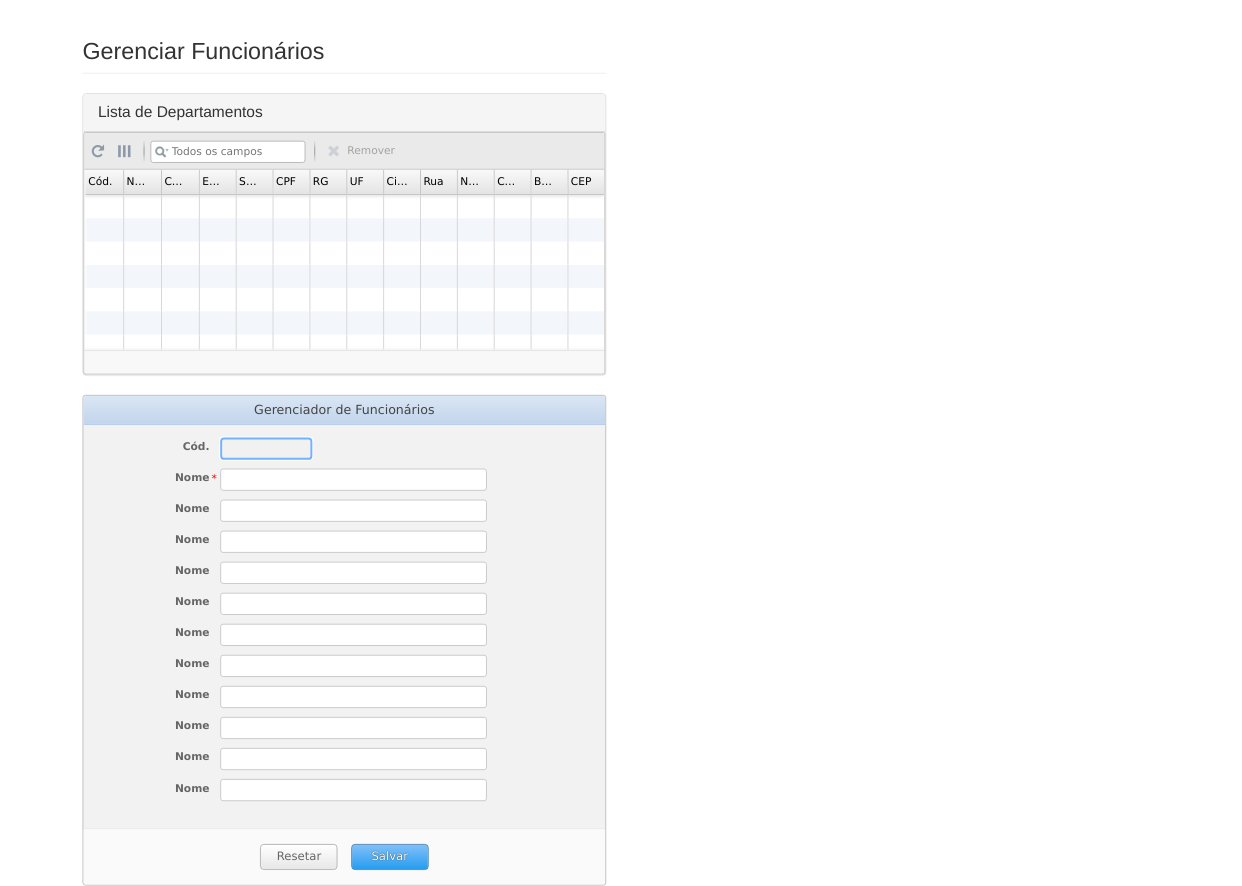
Repository: AlunoTADS/RH-INDO_AT-OA
Page: http://localhost/rhindo/gerente/pages/funcionario.jsp
The author's editor kept a copy of each file at every save. The page is drawn from the files as they stood at one save, then again after the next save.
The browser window is 1280 px wide. The pictures show the whole page, at 97% of full size.
The page is served by Tomcat 9. Other server files are loaded and not shown.

Above is the page before, as saved 2017-06-25 15:59:11.

### rhindo/src/main/webapp/gerente/pages/funcionario.jsp
<%@ page language="java" contentType="text/html; charset=ISO-8859-1"
    pageEncoding="ISO-8859-1"%>
<!DOCTYPE html>
<html>
<head>
	<meta http-equiv="Content-Type" content="text/html; charset=ISO-8859-1">
	<title>Gerenciar Funcionários</title>

	<!-- Bootstrap Core CSS -->
	<link rel="stylesheet" type="text/css" href="../../lib/bower_components/bootstrap/dist/css/bootstrap.min.css">
	<!-- w2ui CSS -->
	<link rel="stylesheet" type="text/css" href="../../lib/bower_components/w2ui/w2ui-1.5.rc1.min.css">

	<!-- jQuery -->
	<script type="text/javascript" src="../../lib/bower_components/jquery/dist/jquery.min.js"></script>
	<!-- Bootstrap Core JS -->
	<script type="text/javascript" src="../../lib/bower_components/bootstrap/dist/js/bootstrap.min.js"></script>
	<!-- w2ui JS -->
	<script type="text/javascript" src="../../lib/bower_components/w2ui/w2ui-1.5.rc1.min.js"></script>
	<script type="text/javascript">
		$(function(){

			w2utils.locale('../../lib/bower_components/w2ui/locale/pt-br.json');

			$('#grid').w2grid({
				name: 'grid',
				url: '',
				header: 'Funcionários',
				show: {
					toolbar: true,
					footer: true,
					toolbarAdd: false,
					toolbarDelete: true
				},
				sortData: [{ field: 'recid', direction: 'ASC' }],
				columns: [
					{ field: 'idfuncionario', caption: 'Cód.', size: '10%' },
					{ field: 'nome', caption: 'Nome', size: '10%' },
					{ field: 'celular', caption: 'Celular', size: '10%' },
					{ field: 'email', caption: 'Email', size: '10%' },
					{ field: 'senha', caption: 'Senha', size: '10%' },
					{ field: 'cpf', caption: 'CPF', size: '10%' },
					{ field: 'rg', caption: 'RG', size: '10%' },
					{ field: 'uf', caption: 'UF', size: '10%' },
					{ field: 'cidade', caption: 'Cidade', size: '10%' },
					{ field: 'rua', caption: 'Rua', size: '10%' },
					{ field: 'numero', caption: 'Número', size: '10%' },
					{ field: 'complemento', caption: 'Complemento', size: '10%' },
					{ field: 'bairro', caption: 'Bairro', size: '10%' },
					{ field: 'cep', caption: 'CEP', size: '10%' }
                ],
                onClick: function(event) {
                    var grid = this;
                    var form = w2ui.form;
                    event.onComplete = function () {
                        var sel = grid.getSelection();
                        if (sel.length == 1) {
                            form.recid  = sel[0];
                            form.record = $.extend(true, {}, grid.get(sel[0]));
                            form.refresh();
                        } else {
                            form.clear();
                        }
					}
                }
			});

			$("#form").w2form({
                url: '',
                header: 'Gerenciador de Funcionários',
                name: 'form',
                fields: [
                    { name: 'idfuncionario', type: 'text', html: { caption: 'Cód.', attr: 'size="10" readonly' } },
                    { name: 'nome', type: 'text', required: true, html: { caption: 'Nome', attr: 'size="40" maxlength="40"' } },
                    { name: 'nome', type: 'text', required: true, html: { caption: 'Nome', attr: 'size="40" maxlength="40"' } },
                    { name: 'nome', type: 'text', required: true, html: { caption: 'Nome', attr: 'size="40" maxlength="40"' } },
                    { name: 'nome', type: 'text', required: true, html: { caption: 'Nome', attr: 'size="40" maxlength="40"' } },
                    { name: 'nome', type: 'text', required: true, html: { caption: 'Nome', attr: 'size="40" maxlength="40"' } },
                    { name: 'nome', type: 'text', required: true, html: { caption: 'Nome', attr: 'size="40" maxlength="40"' } },
                    { name: 'nome', type: 'text', required: true, html: { caption: 'Nome', attr: 'size="40" maxlength="40"' } },
                    { name: 'nome', type: 'text', required: true, html: { caption: 'Nome', attr: 'size="40" maxlength="40"' } },
                    { name: 'nome', type: 'text', required: true, html: { caption: 'Nome', attr: 'size="40" maxlength="40"' } },
                    { name: 'nome', type: 'text', required: true, html: { caption: 'Nome', attr: 'size="40" maxlength="40"' } },
                    { name: 'nome', type: 'text', required: true, html: { caption: 'Nome', attr: 'size="40" maxlength="40"' } },
                ],
                actions: {
                    Reset: function () {
                        this.clear();
                    },
                    Save: function () {
                        var errors = this.validate();
                        if (errors.length > 0) {
                            return;
                        }
                        this.save();
                    }
                },
                onSave: function(event) {
                    form = this;
                    grid = w2ui.grid;
                    event.onComplete = function(){
                        var response = JSON.parse(event.xhr.responseText);
						form.refresh();
                        if(response.status === 'success'){
							form.clear();
							grid.reload();
                        }

                        w2popup.open({
                            title: response.status === 'success' ? 'Sucesso' : 'Erro',
                            body: '<div class="w2ui-centered">' + response.message + '</div>',
                            showMax: true,
                        });
                    }
				}
            });
        });

	</script>
</head>
<body>
	<div class="container">
		<div class="col-xs-6">
			<h3 class="page-header">Gerenciar Funcionários</h3>
			<div class="row">
				<div class="col-md-12">
					<div class="panel panel-default">
						<div class="panel-heading">
							<h3 class="panel-title">Lista de Departamentos</h3>
						</div>
						<div id="grid" style="width: 100%; height: 250px;"></div>
					</div>
				</div>
			</div>
			<div class="row">
				<div class="col-md-12">
					<div id="form" style="width: 100%;"></div>
    			</div>
			</div>
		</div>
	</div>
</body>
</html>

### rhindo/src/main/webapp/lib/bower_components/w2ui/locale/pt-br.json
{
    "locale"         : "pt-BR",
    "date_format"    : "dd/mm/yyyy",
    "date_display"   : "dd Mon yyyy",
    "time_format"    : "h24",
    "currency"       : "^[-+]?[0-9]*[\\.]?[0-9]+\\€$",
    "currencyPrefix" : "",
    "currencySuffix" : "R$",
    "groupSymbol"    : ",",
    "float"          : "^[-+]?[0-9]*[\\.,]?[0-9]+$",
    "shortmonths"    : ["Jan","Fev","Mar","Abr","Mai","Jun","Jul","Ago","Set","Out","Nov","Dez"],
    "fullmonths"     : ["Janeiro","Fevereiro","Março","Abril","Maio","Junho","Julho","Agostos","Setembro","Outubro","Novembro","Dezembro"],
    "shortdays"      : ["Seg","Ter","Qua","Qui","Sex","Sáb","Dom"],
    "fulldays"       : ["Segunda","Terça","Quarta","Quinta","Sexta","Sábado","Domingo"],
    "phrases" : {
        "yesterday" : "Ontem",
        "none" : "Nenhum",
        "of" : "de",
        "No items found" : "Nenhum item encontrado",
        "Attach files by dragging and dropping or Click to Select" : "Anexar arquivos arrastando e soltando ou clique para selecionar",
        "Remove" : "Remover",
        "Not a valid date" : "Data inválida",
        "Required field" : "Campo requerido",
        "Saving..." : "Salvando",
        "Not an integer" : "Número não é um inteiro",
        "Not a float" : "Número não é um ponto flutuante",
        "Not in money format" : "Valor não está no formato de moeda",
        "Not a hex number" : "Número não é hexadecimal",
        "Not alpha-numeric" : "Valor não é alfanumérico",
        "Not a valid email" : "Email inválido",
        "Are you sure you want to delete selected records?" : "Você tem certeza que deseja remover os registros selecionados?",
        "Return data is not in JSON format. See console for more information." : "Dados retornados não está no formato JSON. Verifique o console para mais informações",
        "Refreshing..." : "Atualizando...",
        "All Fields" : "Todos os campos",
        "Multi Fields" : "Campos múltiplos",
        "Delete Confirmation": "Confirmação de remoção",
        "Ok": "OK",
        "Yes" : "Sim",
        "No" : "Não",
        "Reload data in the list" : "Recarregar os dados na listagem",
        "Show/hide columns" : "Exibir/ocultar colunas",
        "Select Search Field" : "Campo de pesquisa",
        "Search..." : "Pesquisar...",
        "Open Search Fields" : "Campos de pesquisa abertos",
        "is" : "é",
        "begins with" : "começa com",
		"begins" : "começa com",
        "contains" : "contém",
        "ends with" : "termina com",
		"ends" : "termina com",
        "between" : "entre",
        "Add new record" : "Adicionar novo registro",
        "Add New" : "Adicionar novo",
        "Delete selected records" : "Remover registros selecionados",
        "Delete" : "Remover",
        "Save changed records" : "Salvar registros modificados",
        "Save" : "Salvar",
        "Reset" : "Resetar",
        "Search" : "Pesquisar",
        "Confirmation" : "Confirmação",
        "Notification" : "Notificação",
        "Show" : "Exibir",
        "Hide" : "Ocultar",
        "Record ID" : "ID do registro",
        "in" : "em",
        "selected" : "selecionado",
        "buffered" : "armazenado",
        "Server Response": "Resposta do servidor em",
        "sec" : "segundos",
        "Skip": "Saltar",
        "Records": "Registros",
        "Toggle Line Numbers": "Alternar números de linha",
        "Reset Column Size": "Reiniciar tamanho da coluna",
        "Edit": "Editar",
        "Load": "Carregar",
        "More": "Mais"
    }
}

Loaded but not shown: rhindo/src/main/webapp/lib/bower_components/bootstrap/dist/css/bootstrap.min.css (library); rhindo/src/main/webapp/lib/bower_components/w2ui/w2ui-1.5.rc1.min.css (library); rhindo/src/main/webapp/lib/bower_components/jquery/dist/jquery.min.js (library); rhindo/src/main/webapp/lib/bower_components/bootstrap/dist/js/bootstrap.min.js (library); rhindo/src/main/webapp/lib/bower_components/w2ui/w2ui-1.5.rc1.min.js (library)

After the next save:
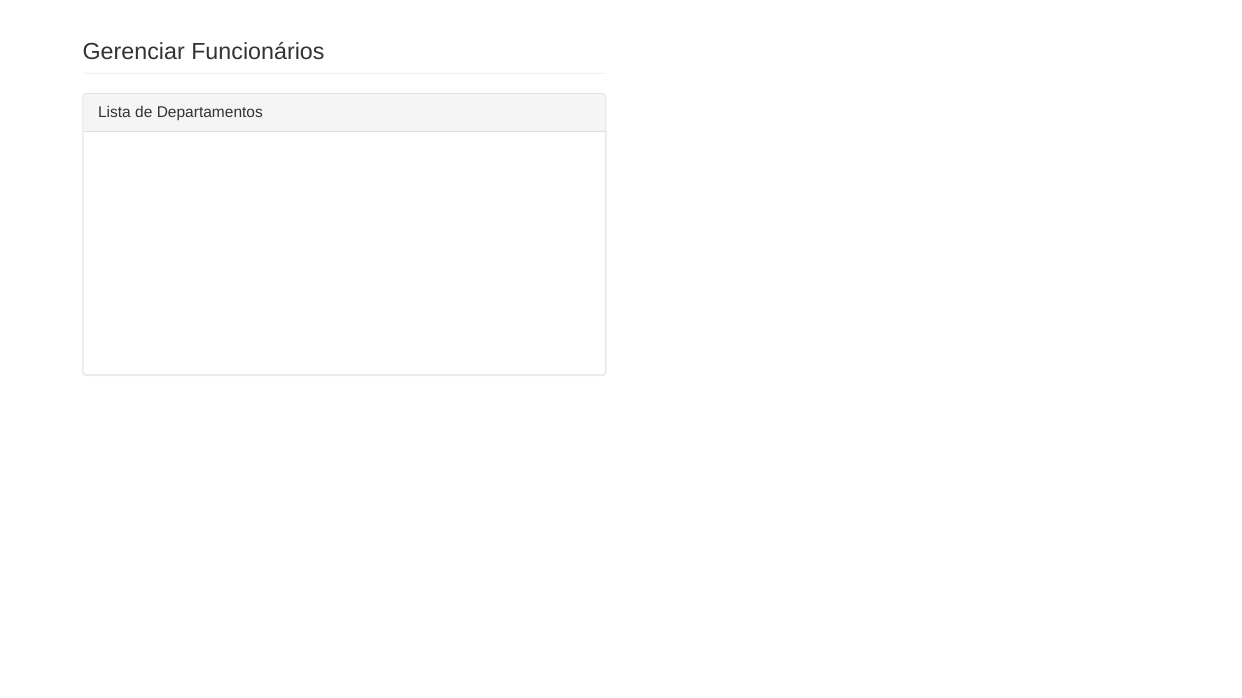
Console error: SyntaxError: Unexpected token '{'
Saved 107 s later.
--- a/rhindo/src/main/webapp/gerente/pages/funcionario.jsp
+++ b/rhindo/src/main/webapp/gerente/pages/funcionario.jsp
@@ -70,18 +70,34 @@
                 header: 'Gerenciador de Funcionários',
                 name: 'form',
                 fields: [
+{ field: '', caption: '', size: '10%' },
+{ field: '', caption: 'Email', size: '10%' },
+{ field: '', caption: 'Senha', size: '10%' },
+{ field: '', caption: 'CPF', size: '10%' },
+{ field: '', caption: 'RG', size: '10%' },
+{ field: '', caption: 'UF', size: '10%' },
+{ field: '', caption: 'Cidade', size: '10%' },
+{ field: '', caption: 'Rua', size: '10%' },
+{ field: '', caption: 'Número', size: '10%' },
+{ field: '', caption: 'Complemento', size: '10%' },
+{ field: '', caption: 'Bairro', size: '10%' },
+{ field: '', caption: 'CEP', size: '10%' }
+
                     { name: 'idfuncionario', type: 'text', html: { caption: 'Cód.', attr: 'size="10" readonly' } },
                     { name: 'nome', type: 'text', required: true, html: { caption: 'Nome', attr: 'size="40" maxlength="40"' } },
-                    { name: 'nome', type: 'text', required: true, html: { caption: 'Nome', attr: 'size="40" maxlength="40"' } },
-                    { name: 'nome', type: 'text', required: true, html: { caption: 'Nome', attr: 'size="40" maxlength="40"' } },
-                    { name: 'nome', type: 'text', required: true, html: { caption: 'Nome', attr: 'size="40" maxlength="40"' } },
-                    { name: 'nome', type: 'text', required: true, html: { caption: 'Nome', attr: 'size="40" maxlength="40"' } },
-                    { name: 'nome', type: 'text', required: true, html: { caption: 'Nome', attr: 'size="40" maxlength="40"' } },
-                    { name: 'nome', type: 'text', required: true, html: { caption: 'Nome', attr: 'size="40" maxlength="40"' } },
-                    { name: 'nome', type: 'text', required: true, html: { caption: 'Nome', attr: 'size="40" maxlength="40"' } },
-                    { name: 'nome', type: 'text', required: true, html: { caption: 'Nome', attr: 'size="40" maxlength="40"' } },
-                    { name: 'nome', type: 'text', required: true, html: { caption: 'Nome', attr: 'size="40" maxlength="40"' } },
-                    { name: 'nome', type: 'text', required: true, html: { caption: 'Nome', attr: 'size="40" maxlength="40"' } },
+                    { name: 'celular', type: 'text', required: true, html: { caption: 'Celular', attr: 'size="40" maxlength="40"' } },
+                    { name: 'email', type: 'text', required: true, html: { caption: 'Nome', attr: 'size="40" maxlength="40"' } },
+                    { name: 'senha', type: 'text', required: true, html: { caption: 'Nome', attr: 'size="40" maxlength="40"' } },
+                    { name: 'cpf', type: 'text', required: true, html: { caption: 'Nome', attr: 'size="40" maxlength="40"' } },
+                    { name: 'rg', type: 'text', required: true, html: { caption: 'Nome', attr: 'size="40" maxlength="40"' } },
+                    { name: 'uf', type: 'text', required: true, html: { caption: 'Nome', attr: 'size="40" maxlength="40"' } },
+                    { name: 'cidade', type: 'text', required: true, html: { caption: 'Nome', attr: 'size="40" maxlength="40"' } },
+                    { name: 'rua', type: 'text', required: true, html: { caption: 'Nome', attr: 'size="40" maxlength="40"' } },
+                    { name: 'numero', type: 'text', required: true, html: { caption: 'Nome', attr: 'size="40" maxlength="40"' } },
+                    { name: 'complemento', type: 'text', required: true, html: { caption: 'Nome', attr: 'size="40" maxlength="40"' } },
+                    { name: 'bairro', type: 'text', required: true, html: { caption: 'Nome', attr: 'size="40" maxlength="40"' } },
+                    { name: 'complemento', type: 'text', required: true, html: { caption: 'Nome', attr: 'size="40" maxlength="40"' } },
+                    { name: 'cep', type: 'text', required: true, html: { caption: 'Nome', attr: 'size="40" maxlength="40"' } }
                 ],
                 actions: {
                     Reset: function () {

After the 2 saves that followed:
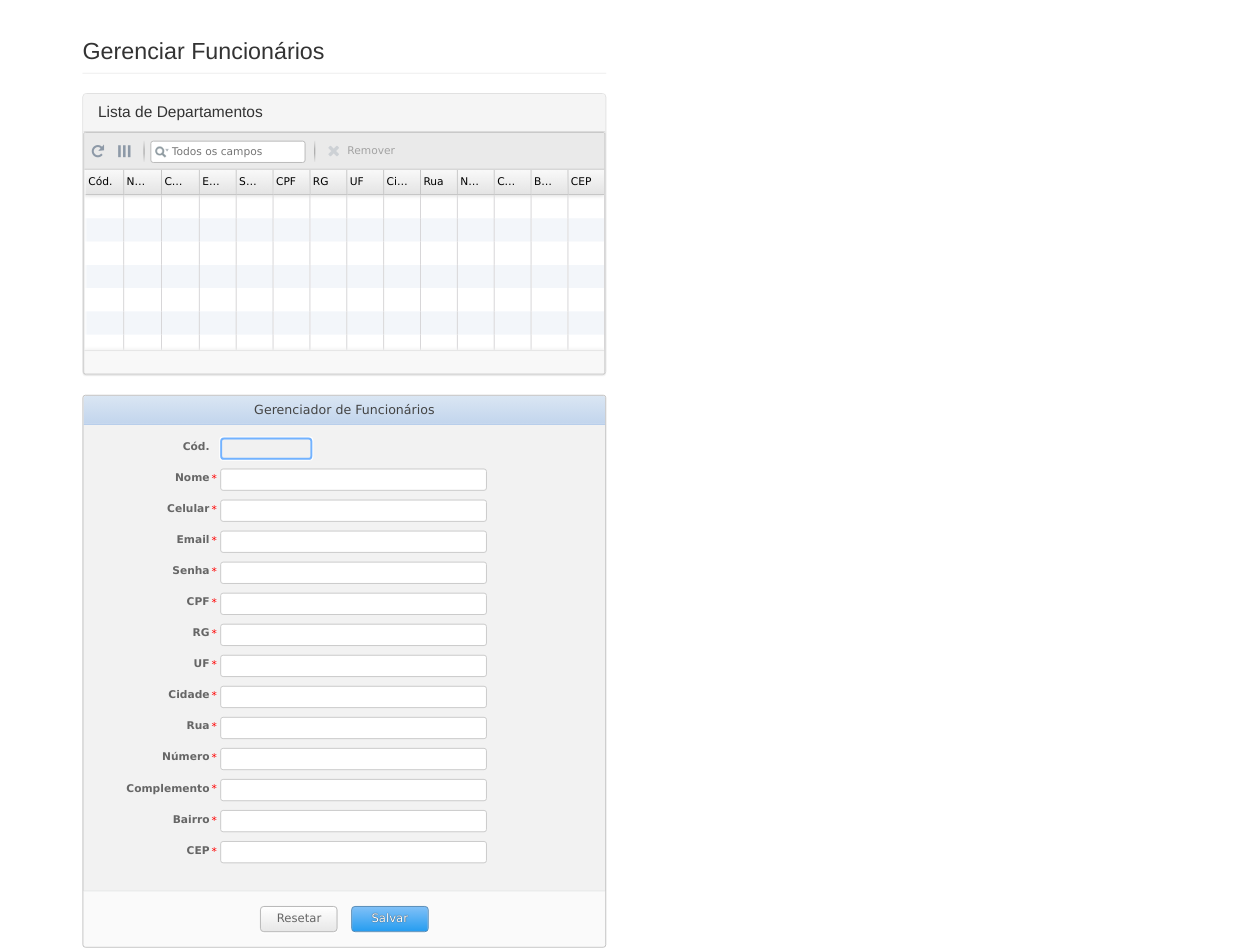
The error is gone.
The 2 saves are shown as one change because 1 left the picture as it was.
The last was saved 2 min 9 s later.
--- a/rhindo/src/main/webapp/gerente/pages/funcionario.jsp
+++ b/rhindo/src/main/webapp/gerente/pages/funcionario.jsp
@@ -70,34 +70,20 @@
                 header: 'Gerenciador de Funcionários',
                 name: 'form',
                 fields: [
-{ field: '', caption: '', size: '10%' },
-{ field: '', caption: 'Email', size: '10%' },
-{ field: '', caption: 'Senha', size: '10%' },
-{ field: '', caption: 'CPF', size: '10%' },
-{ field: '', caption: 'RG', size: '10%' },
-{ field: '', caption: 'UF', size: '10%' },
-{ field: '', caption: 'Cidade', size: '10%' },
-{ field: '', caption: 'Rua', size: '10%' },
-{ field: '', caption: 'Número', size: '10%' },
-{ field: '', caption: 'Complemento', size: '10%' },
-{ field: '', caption: 'Bairro', size: '10%' },
-{ field: '', caption: 'CEP', size: '10%' }
-
                     { name: 'idfuncionario', type: 'text', html: { caption: 'Cód.', attr: 'size="10" readonly' } },
                     { name: 'nome', type: 'text', required: true, html: { caption: 'Nome', attr: 'size="40" maxlength="40"' } },
                     { name: 'celular', type: 'text', required: true, html: { caption: 'Celular', attr: 'size="40" maxlength="40"' } },
-                    { name: 'email', type: 'text', required: true, html: { caption: 'Nome', attr: 'size="40" maxlength="40"' } },
-                    { name: 'senha', type: 'text', required: true, html: { caption: 'Nome', attr: 'size="40" maxlength="40"' } },
-                    { name: 'cpf', type: 'text', required: true, html: { caption: 'Nome', attr: 'size="40" maxlength="40"' } },
-                    { name: 'rg', type: 'text', required: true, html: { caption: 'Nome', attr: 'size="40" maxlength="40"' } },
-                    { name: 'uf', type: 'text', required: true, html: { caption: 'Nome', attr: 'size="40" maxlength="40"' } },
-                    { name: 'cidade', type: 'text', required: true, html: { caption: 'Nome', attr: 'size="40" maxlength="40"' } },
-                    { name: 'rua', type: 'text', required: true, html: { caption: 'Nome', attr: 'size="40" maxlength="40"' } },
-                    { name: 'numero', type: 'text', required: true, html: { caption: 'Nome', attr: 'size="40" maxlength="40"' } },
-                    { name: 'complemento', type: 'text', required: true, html: { caption: 'Nome', attr: 'size="40" maxlength="40"' } },
-                    { name: 'bairro', type: 'text', required: true, html: { caption: 'Nome', attr: 'size="40" maxlength="40"' } },
-                    { name: 'complemento', type: 'text', required: true, html: { caption: 'Nome', attr: 'size="40" maxlength="40"' } },
-                    { name: 'cep', type: 'text', required: true, html: { caption: 'Nome', attr: 'size="40" maxlength="40"' } }
+                    { name: 'email', type: 'text', required: true, html: { caption: 'Email', attr: 'size="40" maxlength="40"' } },
+                    { name: 'senha', type: 'text', required: true, html: { caption: 'Senha', attr: 'size="40" maxlength="40"' } },
+                    { name: 'cpf', type: 'text', required: true, html: { caption: 'CPF', attr: 'size="40" maxlength="40"' } },
+                    { name: 'rg', type: 'text', required: true, html: { caption: 'RG', attr: 'size="40" maxlength="40"' } },
+                    { name: 'uf', type: 'text', required: true, html: { caption: 'UF', attr: 'size="40" maxlength="40"' } },
+                    { name: 'cidade', type: 'text', required: true, html: { caption: 'Cidade', attr: 'size="40" maxlength="40"' } },
+                    { name: 'rua', type: 'text', required: true, html: { caption: 'Rua', attr: 'size="40" maxlength="40"' } },
+                    { name: 'numero', type: 'text', required: true, html: { caption: 'Número', attr: 'size="40" maxlength="40"' } },
+                    { name: 'complemento', type: 'text', required: true, html: { caption: 'Complemento', attr: 'size="40" maxlength="40"' } },
+                    { name: 'bairro', type: 'text', required: true, html: { caption: 'Bairro', attr: 'size="40" maxlength="40"' } },
+                    { name: 'cep', type: 'text', required: true, html: { caption: 'CEP', attr: 'size="40" maxlength="40"' } }
                 ],
                 actions: {
                     Reset: function () {
